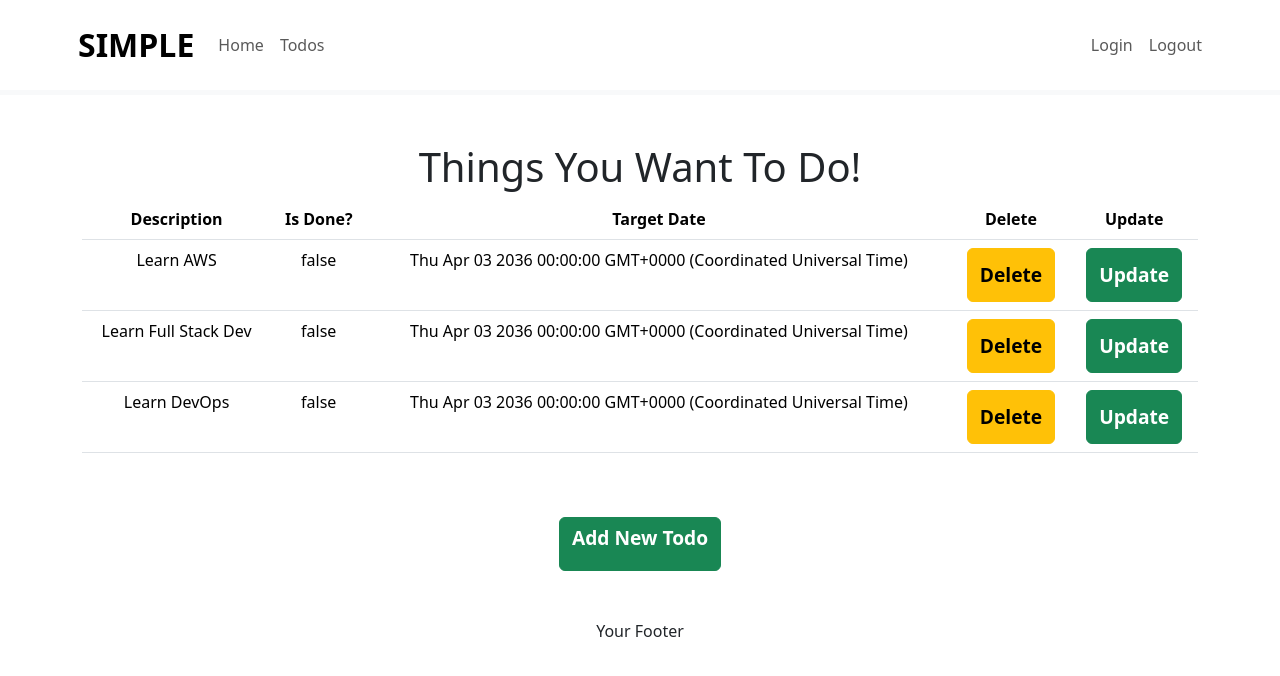
Repository: oboioz/SimpleTodoApp
Page: /todos (app in SimpleTodoAppFrontEnd/todo-app/)
The author's editor kept a copy of each file at every save. The page is drawn from the files as they stood at one save, then again after the next save.
The browser window is 1280 px wide. The pictures show the whole page.
The project was rebuilt for these pictures with package versions that can differ from the ones it lists, and the page was loaded fresh each time. Also part of the build but not shown: SimpleTodoAppFrontEnd/todo-app/src/components/todo/Login/LoginComponent.jsx, SimpleTodoAppFrontEnd/todo-app/src/components/todo/Welcome/WelcomeComponent.jsx, SimpleTodoAppFrontEnd/todo-app/src/components/todo/error/ErrorComponent.jsx, SimpleTodoAppFrontEnd/todo-app/src/components/todo/logout/LogOutComponent.jsx.

Above is the page before, as saved 2024-04-06 16:07:27.

### SimpleTodoAppFrontEnd/todo-app/src/App.js
import 'bootstrap/dist/css/bootstrap.min.css';
import './App.css';
import TodoApp from './components/TodoApp';

function App() {
  return (
    <div className="App">
      <TodoApp />
    </div>
  )
}

export default App;

### SimpleTodoAppFrontEnd/todo-app/src/App.css
.App {
  text-align: center;
}

.App-logo {
  height: 40vmin;
  pointer-events: none;
}

@media (prefers-reduced-motion: no-preference) {
  .App-logo {
    animation: App-logo-spin infinite 20s linear;
  }
}

.App-header {
  background-color: #282c34;
  min-height: 100vh;
  display: flex;
  flex-direction: column;
  align-items: center;
  justify-content: center;
  font-size: calc(10px + 2vmin);
  color: white;
}

.App-link {
  color: #61dafb;
}

@keyframes App-logo-spin {
  from {
    transform: rotate(0deg);
  }
  to {
    transform: rotate(360deg);
  }
}

.btn {
  height: 54px;
  font-size: larger;
  font-weight: bold;
  background-color: ;
}

### SimpleTodoAppFrontEnd/todo-app/src/components/TodoApp.jsx
import { BrowserRouter, Route, Routes } from 'react-router-dom';
import LoginComponent from "./todo/Login/LoginComponent";
import WelcomeComponent from "./todo/Welcome/WelcomeComponent";
import ErrorComponent from "./todo/error/ErrorComponent";
import FooterComponent from './todo/footer/FooterComponent';
import OptionalFooter from './todo/footer/OptionalFooter';
import HeaderComponent from './todo/header/HeaderComponent';
import OptionalHeader from './todo/header/OptionalHeader';
import ListTodoComponent from './todo/list-todo/ListTodoComponent';
import LogoutComponent from './todo/logout/LogOutComponent';
import AuthProvider from './todo/security/AuthContext';

export default function TodoApp() {




    return (
        <div className="todo-app">


            <AuthProvider>


                <BrowserRouter>

                    <OptionalHeader>
                        <HeaderComponent />
                    </OptionalHeader>

                    <Routes>
                        <Route path='/' element={<LoginComponent />} />
                        <Route path='/login' element={<LoginComponent />} />
                        <Route path='/welcome/:username' element={<WelcomeComponent />} />
                        <Route path='/todos' element={<ListTodoComponent />} />
                        <Route path='/logout' element={<LogoutComponent />} />


                        <Route path='*' element={<ErrorComponent />} />

                    </Routes>

                    <OptionalFooter>
                        <FooterComponent />
                    </OptionalFooter>


                </BrowserRouter>
            </AuthProvider>


        </div>
    )
}

### SimpleTodoAppFrontEnd/todo-app/src/components/todo/footer/FooterComponent.jsx
function FooterComponent() {
    return (
        <footer className="footer">
            <div className="container">
                Your Footer
            </div>
        </footer>
    )
}

export default FooterComponent

### SimpleTodoAppFrontEnd/todo-app/src/components/todo/footer/OptionalFooter.js
import React, { useEffect, useState } from 'react';
import { useLocation } from 'react-router-dom';

const OptionalFooter = ({ children }) => {

    const location = useLocation();

    const [showFooter, setShowFooter] = useState(false)

    useEffect(() => {
        if (location.pathname === '/' || location.pathname === '/login') {
            setShowFooter(false)
        } else {
            setShowFooter(true)
        }
    }, [location])

    return (
        <div>{showFooter && children}</div>
    )
}

export default OptionalFooter

### SimpleTodoAppFrontEnd/todo-app/src/components/todo/header/HeaderComponent.jsx
import { Link } from 'react-router-dom';
import { useAuth } from '../security/AuthContext';
import './HeaderStyle.css';




function HeaderComponent() {

    const authContext = useAuth()

    function logout() {
        authContext.logout()
    }

    return (

        <header className="border-bottom border-light border-5 mb-5 p-2">
            <div className="container">
                <div className="row">
                    <nav className="navbar navbar-expand-lg">
                        <a className="navbar-brand ms-2 fs-2 fw-bold text-black" href="#">SIMPLE</a>
                        <div className="collapse navbar-collapse">
                            <ul className="navbar-nav">
                                <li className="nav-item">
                                    <Link className="nav-link" to="/login">Home</Link>

                                </li>
                                <li className="nav-item">
                                    <Link className="nav-link" to="/todos">Todos</Link>
                                </li>
                            </ul>
                        </div>
                        <ul className="navbar-nav">
                            <li className="nav-item">
                                <Link className="nav-link" to="/login">Login</Link>
                            </li>
                            <li className="nav-item">
                                <Link className="nav-link" to="/logout" onClick={logout}>Logout</Link>
                            </li>
                        </ul>
                    </nav>
                </div>
            </div>
        </header>

    )
}

export default HeaderComponent

### SimpleTodoAppFrontEnd/todo-app/src/components/todo/header/OptionalHeader.js
import React, { useEffect, useState } from 'react';
import { useLocation } from 'react-router-dom';

const OptionalHeader = ({ children }) => {

    const location = useLocation();

    const [showHeader, setShowHeader] = useState(false)

    useEffect(() => {
        if (location.pathname === '/' || location.pathname === '/login') {
            setShowHeader(false)
        } else {
            setShowHeader(true)
        }
    }, [location])

    return (
        <div>{showHeader && children}</div>
    )
}

export default OptionalHeader

### SimpleTodoAppFrontEnd/todo-app/src/components/todo/list-todo/ListTodoComponent.jsx


function ListTodoComponent() {

    const today = new Date()
    const targetDate = new Date(today.getFullYear() + 12, today.getMonth(), today.getDay())


    const todos = [
        { id: 1, description: 'Learn AWS', done: false, targetDate: targetDate },
        { id: 2, description: 'Learn Full Stack Dev', done: false, targetDate: targetDate },
        { id: 3, description: 'Learn DevOps', done: false, targetDate: targetDate },
    ]

    function addNewTodo() {
        console.log('Add New Todo')
    }

    function deleteTodo() {

    }

    function updateTodo() {

    }

    return (
        <div className="container">
            <h1>Things You Want To Do!</h1>



            <div>
                <table className="table">
                    <thead>
                        <tr>
                            <th>Description</th>
                            <th>Is Done?</th>
                            <th>Target Date</th>
                            <th>Delete</th>
                            <th>Update</th>
                        </tr>
                    </thead>
                    <tbody>
                        {
                            todos.map(
                                todo => (
                                    <tr key={todo.id}>
                                        <td>{todo.description}</td>
                                        <td>{todo.done.toString()}</td>
                                        <td>{todo.targetDate.toString()}</td>
                                        <td> <button className="btn btn-warning"
                                            onClick={() => deleteTodo(todo.id)}>Delete</button> </td>
                                        <td> <button className="btn btn-success"
                                            onClick={() => updateTodo(todo.id)}>Update</button> </td>
                                    </tr>
                                )
                            )
                        }
                    </tbody>

                </table>
            </div>
            <div className="btn btn-success m-5" onClick={addNewTodo}>Add New Todo</div>
        </div>
    )
}

export default ListTodoComponent;

### SimpleTodoAppFrontEnd/todo-app/src/components/todo/security/AuthContext.js
import { createContext, useContext, useState } from "react";

const AuthContext = createContext();
export const useAuth = () => useContext(AuthContext)



export default function AuthProvider({ children }) {

    const [isAuthenticated, setAuthenticated] = useState(false)

    const [username, setUsername] = useState(null)


    function login(username, password) {
        if (username === 'username' && password === 'password') {
            setAuthenticated(true)
            setUsername(username)
            return true
        }
        else {
            setAuthenticated(false)
            setUsername(null)
            return false
        }
    }

    function logout() {
        setAuthenticated(false)
        setUsername(null)
    }

    return (
        <AuthContext.Provider value={{ isAuthenticated, username, login, logout }}>
            {children}
        </AuthContext.Provider>
    );
}

### SimpleTodoAppFrontEnd/todo-app/src/components/todo/Login/LoginStyle.css
@import url('https://fonts.googleapis.com/css2?family=Righteous&display=swap');

.Login .row {
    display: flex;
    justify-content: center;
    align-items: center;
    height: 100vh;
}

.LoginForm {
    display: flex;
    flex-direction: column;
    text-align: left;
    justify-content: left;
    align-items: left;
    margin-top: -8vh;
}

.img {
    width: '100%';
    height: '100%';
    object-fit:'cover';
}

.gradient-background {
    background: linear-gradient(315deg, #130f40 0%, #000000 74%);
    height: 100%;
    display: flex;
    align-items: center;
    justify-content: center;
}

.Logo {
    font-family: 'Righteous', cursive;
    font-size: 3rem;
    color: white;
    margin-bottom: 2rem;
}

.form-control {
    margin-bottom: 1rem;
    height: 3rem;
}

.form-label {
    font-size: larger;
    font-weight: bold;
}

### SimpleTodoAppFrontEnd/todo-app/src/components/todo/header/HeaderStyle.css
@import url('https://fonts.googleapis.com/css2?family=Righteous&display=swap');

Loaded but not shown: SimpleTodoAppFrontEnd/todo-app/public/index.html (common file); SimpleTodoAppFrontEnd/todo-app/src/index.js (common file); SimpleTodoAppFrontEnd/todo-app/src/index.css (common file); SimpleTodoAppFrontEnd/todo-app/src/reportWebVitals.js (common file)

After the next save:
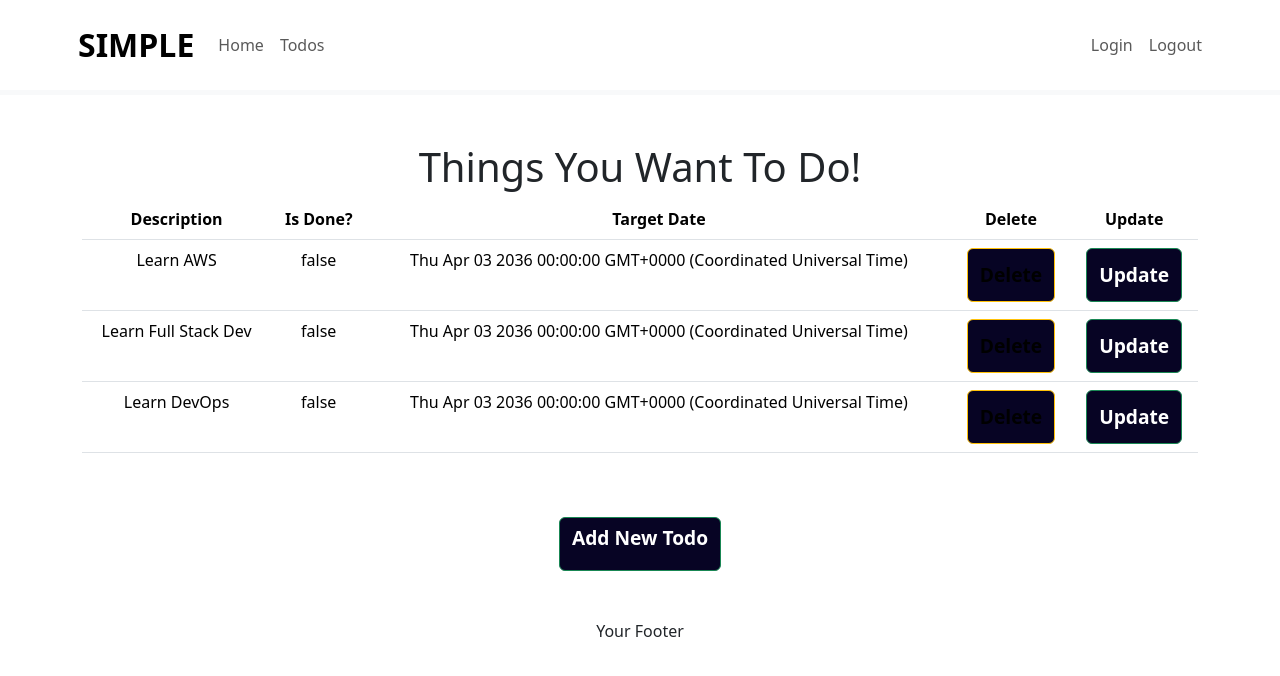
Saved 16 s later.
--- a/SimpleTodoAppFrontEnd/todo-app/src/App.css
+++ b/SimpleTodoAppFrontEnd/todo-app/src/App.css
@@ -41,5 +41,5 @@
   height: 54px;
   font-size: larger;
   font-weight: bold;
-  background-color: ;
+  background-color: #070424;
 }
